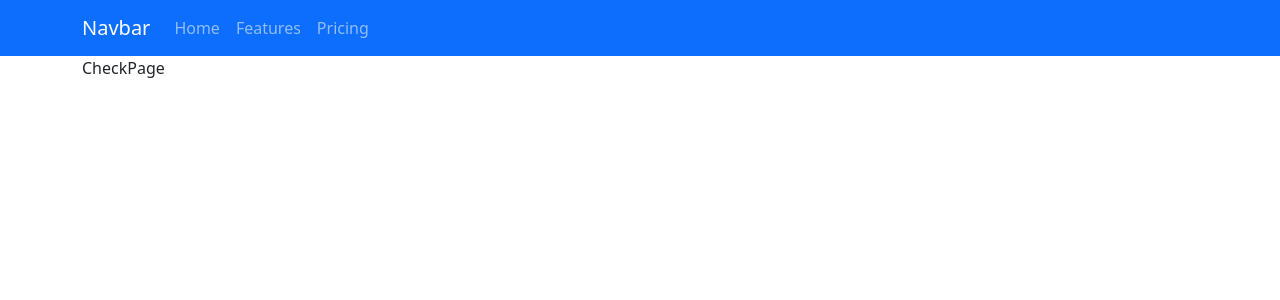
Repository: PGVlasov/cardTask
Page: /checks
An editor plug-in stored every save of this project. The page is shown before and after the next save, followed by the edit.
The browser window is 1280 px wide. The pictures show the whole page.
The project was rebuilt for these pictures with package versions that can differ from the ones it lists, and the page was loaded fresh each time. Also part of the build but not shown: src/pages/CardsPage.js, src/pages/TransactionsPage.js.

Above is the page before, as saved 2022-06-03 13:58:14.

### src/App.js
import "bootstrap/dist/css/bootstrap.min.css";
import { BrowserRouter, Routes, Route } from "react-router-dom";
import { NavMenu } from "./components/NavMenu";
import { CardsPage } from "./pages/CardsPage";
import { CheckPage } from "./pages/CheckPage";
import { TransactionPage } from "./pages/TransactionsPage";

function App() {
  return (
    <BrowserRouter>
      <NavMenu />
      <div className="container">
        <Routes>
          <Route element={<CardsPage />} path="/" />
          <Route element={<CheckPage />} path="/checks" />
          <Route element={<TransactionPage />} path="/transactions" />
        </Routes>
      </div>
    </BrowserRouter>
  );
}

export default App;

### src/components/NavMenu.js
import { Navbar, Container, Nav } from "react-bootstrap";

export const NavMenu = () => {
  return (
    <>
      <Navbar bg="primary" variant="dark">
        <Container>
          <Navbar.Brand href="#home">Navbar</Navbar.Brand>
          <Nav className="me-auto">
            <Nav.Link href="#home">Home</Nav.Link>
            <Nav.Link href="#features">Features</Nav.Link>
            <Nav.Link href="#pricing">Pricing</Nav.Link>
          </Nav>
        </Container>
      </Navbar>
    </>
  );
};

### src/pages/CheckPage.js
export const CheckPage = () => {
  return <div>CheckPage</div>;
};

Loaded but not shown: public/index.html (common file); src/index.js (common file); src/index.css (common file); src/reportWebVitals.js (common file)

After the next save:
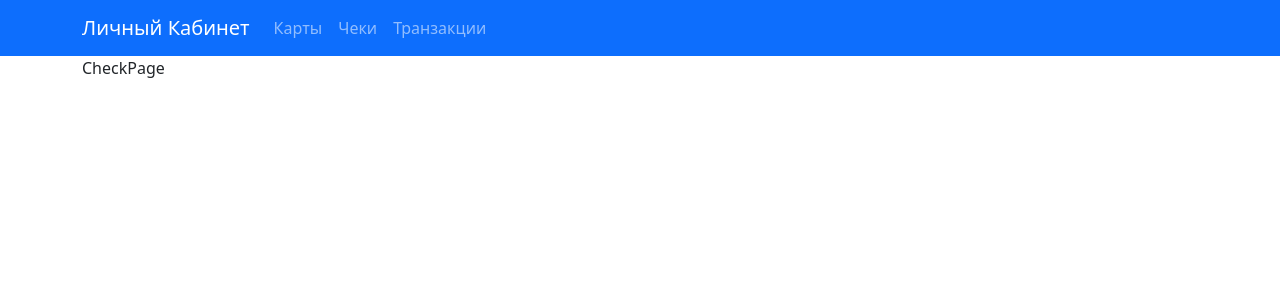
Saved 49 s later.
--- a/src/components/NavMenu.js
+++ b/src/components/NavMenu.js
@@ -5,11 +5,11 @@ export const NavMenu = () => {
     <>
       <Navbar bg="primary" variant="dark">
         <Container>
-          <Navbar.Brand href="#home">Navbar</Navbar.Brand>
+          <Navbar.Brand href="/checks">Личный Кабинет</Navbar.Brand>
           <Nav className="me-auto">
-            <Nav.Link href="#home">Home</Nav.Link>
-            <Nav.Link href="#features">Features</Nav.Link>
-            <Nav.Link href="#pricing">Pricing</Nav.Link>
+            <Nav.Link href="#home">Карты</Nav.Link>
+            <Nav.Link href="#features">Чеки</Nav.Link>
+            <Nav.Link href="#pricing">Транзакции</Nav.Link>
           </Nav>
         </Container>
       </Navbar>
